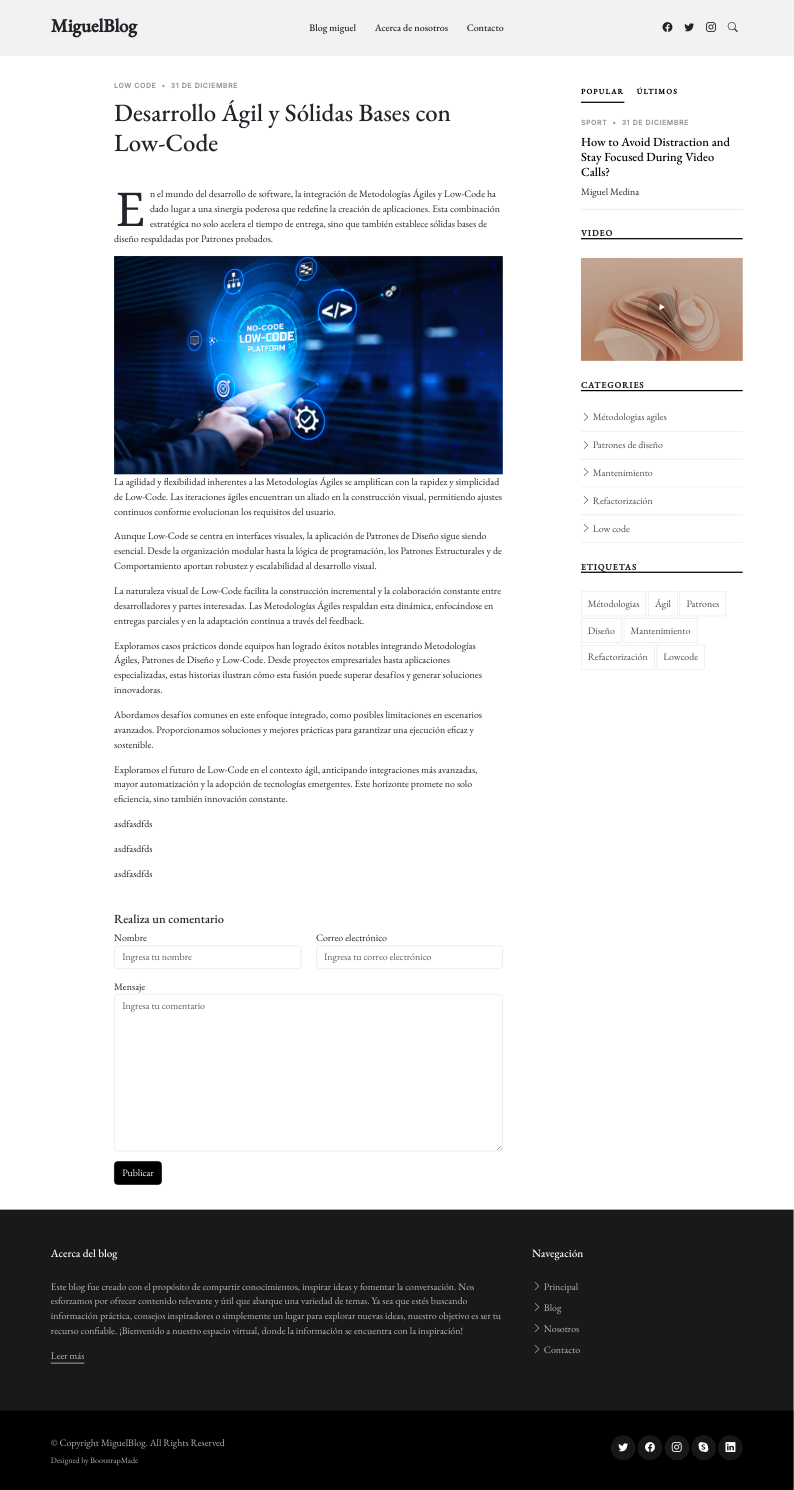
Repository: MiguelDev5/blog-miguel
Page: post-lc.html
An editor plug-in stored every save of this project. The page is shown before and after the next save, followed by the edit.
The browser window is 1280 px wide. The pictures show the whole page, at 62% of full size.
Some web fonts or font styles are not loaded; a fallback is used.

Above is the page before, as saved 2024-01-01 21:07:02.

After the next save:
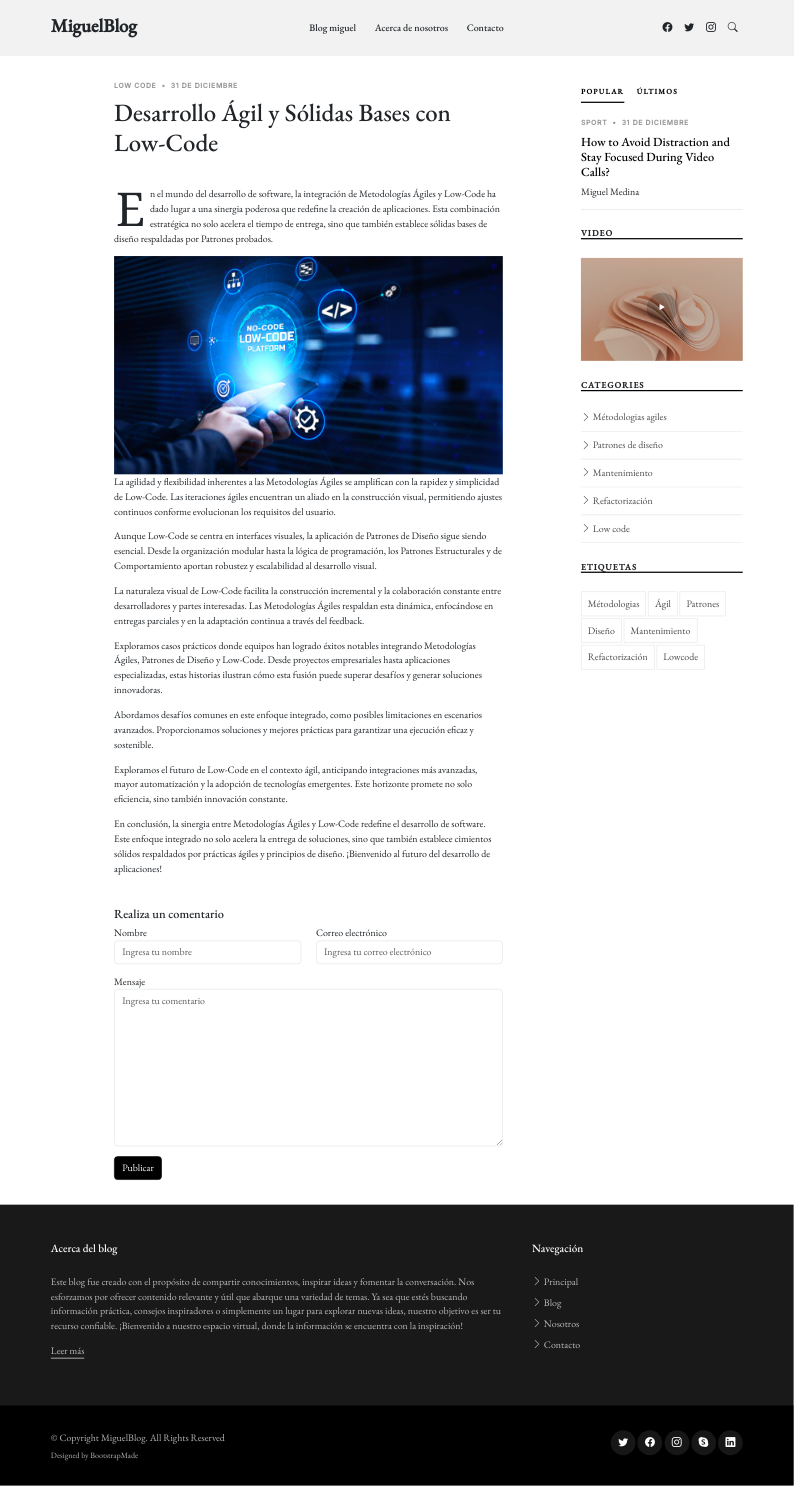
Saved 9 s later.
--- a/post-lc.html
+++ b/post-lc.html
@@ -103,9 +103,7 @@
               <p>Exploramos casos prácticos donde equipos han logrado éxitos notables integrando Metodologías Ágiles, Patrones de Diseño y Low-Code. Desde proyectos empresariales hasta aplicaciones especializadas, estas historias ilustran cómo esta fusión puede superar desafíos y generar soluciones innovadoras.</p>
               <p>Abordamos desafíos comunes en este enfoque integrado, como posibles limitaciones en escenarios avanzados. Proporcionamos soluciones y mejores prácticas para garantizar una ejecución eficaz y sostenible.</p>
               <p>Exploramos el futuro de Low-Code en el contexto ágil, anticipando integraciones más avanzadas, mayor automatización y la adopción de tecnologías emergentes. Este horizonte promete no solo eficiencia, sino también innovación constante.</p>
-              <p>asdfasdfds</p>
-              <p>asdfasdfds</p>
-              <p>asdfasdfds</p>
+              <p>En conclusión, la sinergia entre Metodologías Ágiles y Low-Code redefine el desarrollo de software. Este enfoque integrado no solo acelera la entrega de soluciones, sino que también establece cimientos sólidos respaldados por prácticas ágiles y principios de diseño. ¡Bienvenido al futuro del desarrollo de aplicaciones!</p>
 
             <!-- ======= Comments Form ======= -->
             <div class="row justify-content-center mt-5">
